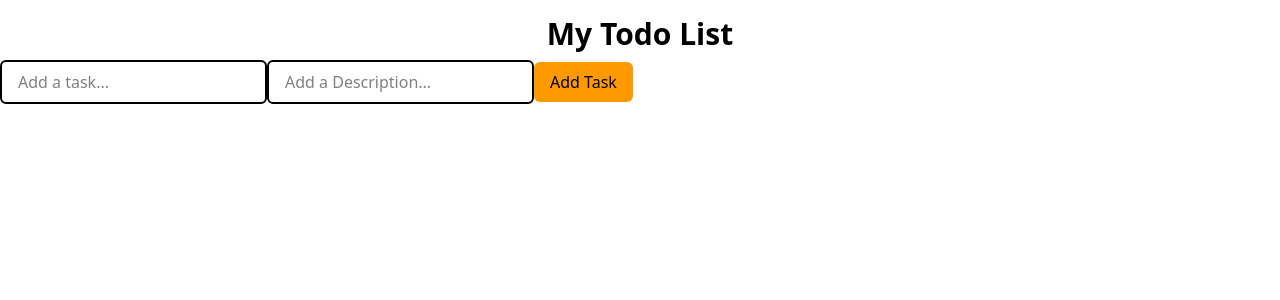
Repository: vgor15/todo-list
Page: /
An editor plug-in stored every save of this project. The page is shown before and after the next save, followed by the edit.
The browser window is 1280 px wide. The pictures show the whole page.
The project was rebuilt for these pictures with package versions that can differ from the ones it lists, and the page was loaded fresh each time. The framework's server and built-in components were replaced by stand-ins that run in the browser. Also part of the build but not shown: next.config.js, next.config.mjs.

Above is the page before, as saved 2025-03-05 10:31:18.

After the next save:
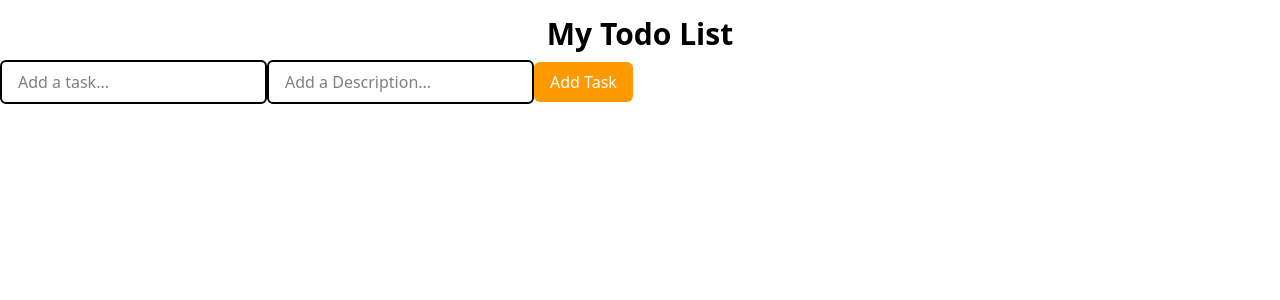
Saved 4 s later.
--- a/app/page.js
+++ b/app/page.js
@@ -19,7 +19,9 @@ const page = () => {
           id=""
           placeholder="Add a Description..."
         />
-        <button className="bg-amber-500 px-4 py-2 rounded-md ">Add Task</button>
+        <button className="bg-amber-500 px-4 py-2 rounded-md text-white">
+          Add Task
+        </button>
       </form>
     </>
   );
